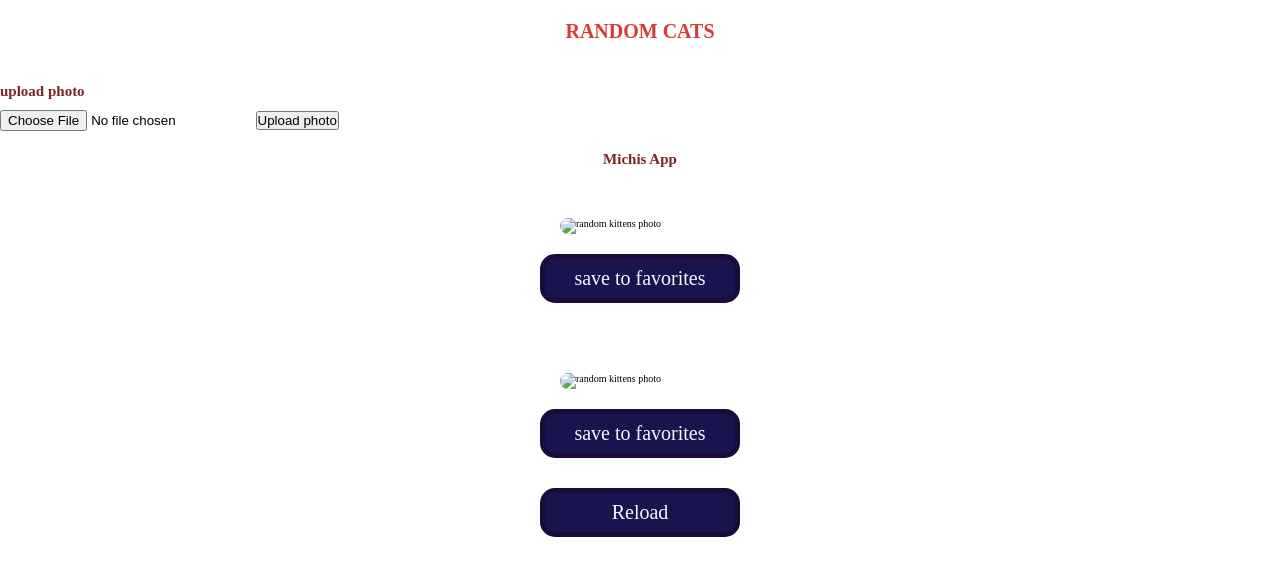
Repository: elto82/ConsumoAPIRESTjs
Page: index.html
An editor plug-in stored every save of this project. The page is shown before and after the next save, followed by the edit.
The browser window is 1280 px wide. The pictures show the whole page.
The page's requests for data from a server got no answer.

Above is the page before, as saved 2022-07-04 21:33:54.

After the next save:
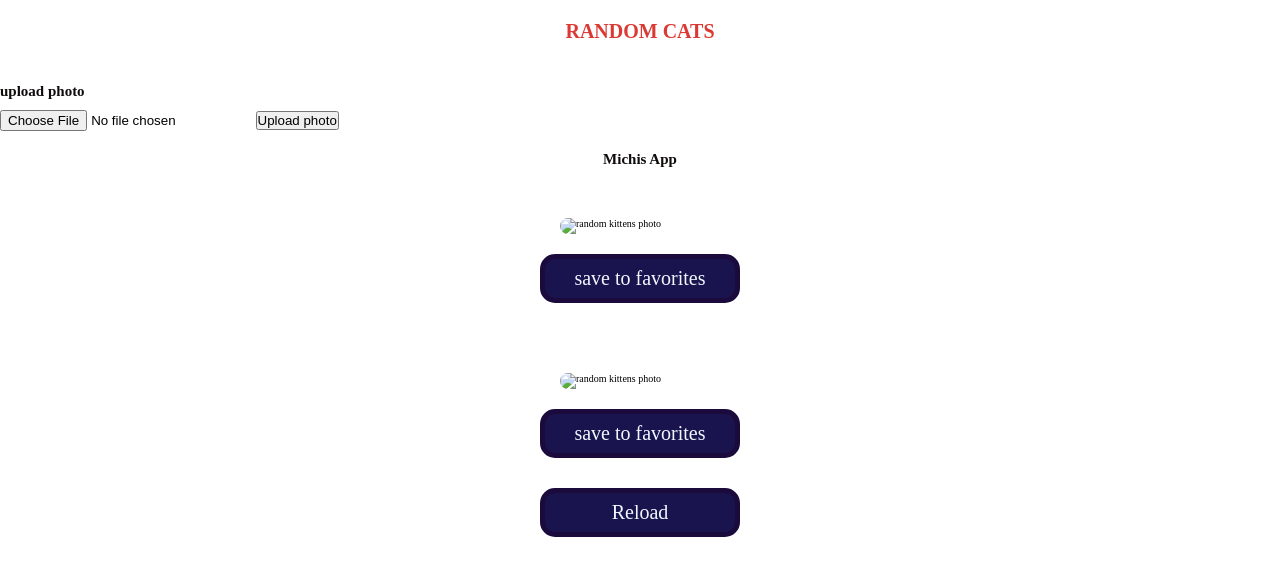
Saved 52 s later.
--- a/style.css
+++ b/style.css
@@ -22,7 +22,7 @@ h1 {
 }
 
 h2 {
-  color: #7b2525;
+  color: #100c0c;
   margin: 0 0 1rem 0;
 }
 
